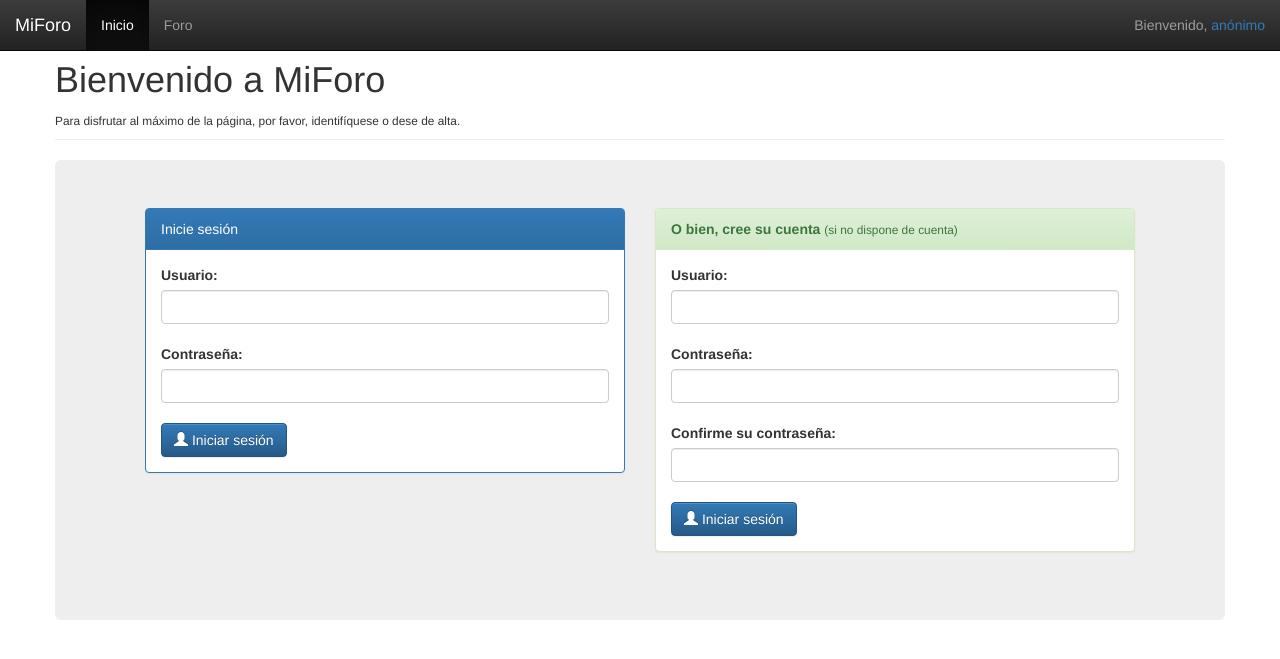
Repository: Myugen/EjercicioPHP
Page: http://localhost/
The author's editor kept a copy of each file at every save. The page is drawn from the files as they stood at one save, then again after the next save.
The browser window is 1280 px wide. The pictures show the whole page.
Some web libraries are served in a nearby version. The page is run by PHP 8.4 with error messages shown; the project is at /var/www/html/.

Above is the page before, as saved 2015-11-27 20:02:05.
Not found: ProyectoFinalForo/jsfile

After the next save:
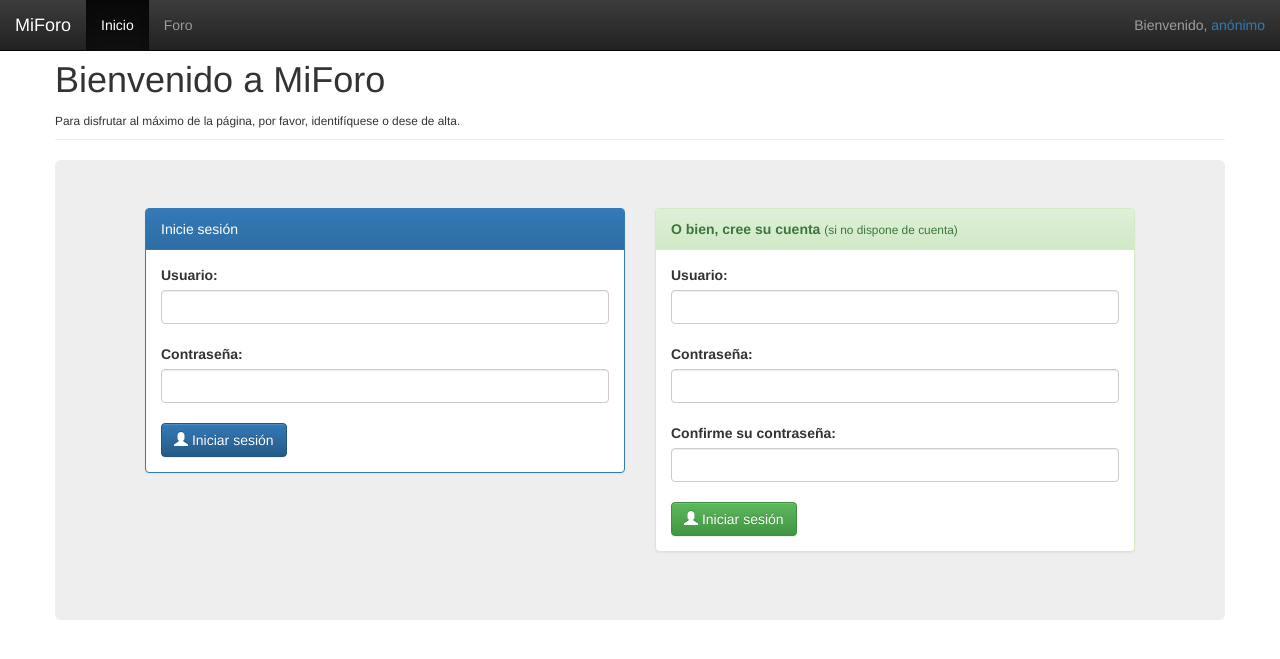
Saved 10 s later.
--- a/ProyectoFinalForo/index.php
+++ b/ProyectoFinalForo/index.php
@@ -76,7 +76,7 @@ session_start();
 							<input type="password" name="passwordUp" id="textBoxPassword" class="form-control"/><br>
 							<label for="textBoxPassword">Confirme su contraseña:</label>
 							<input type="password" name="confirmPasswordUp" id="textBoxPassword" class="form-control"/><br>
-							<button type="submit" class="btn btn-primary">
+							<button type="submit" class="btn btn-success">
 								<span class="glyphicon glyphicon-user" aria-hidden="true"></span>
 								Iniciar sesión
 							</button>
